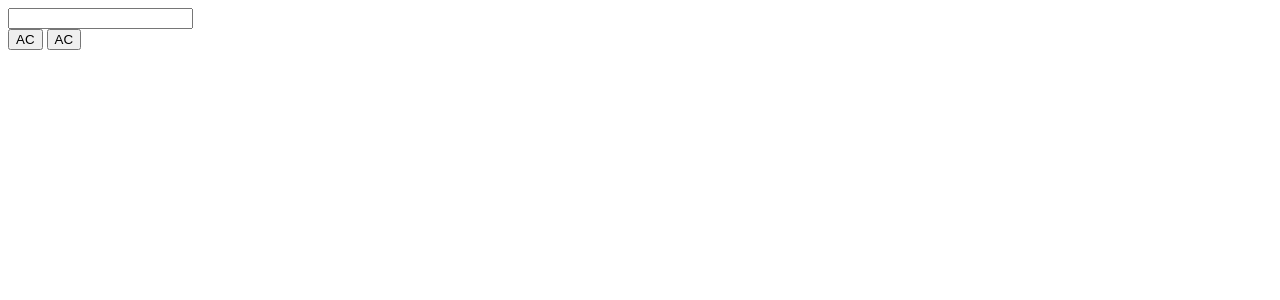
Repository: jerrys-arch/web-calculator
Page: indwx.html
The author's editor kept a copy of each file at every save. The page is drawn from the files as they stood at one save, then again after a run of saves.
The browser window is 1280 px wide. The pictures show the whole page.

Above is the page before, as saved 2024-11-30 04:48:24.

### indwx.html
<!DOCTYPE html>
<html lang="en">
<head>
    <meta charset="UTF-8">
    <meta name="viewport" content="width=device-width, initial-scale=1.0">
    <title>calculator</title>
</head>
<body>
    <div class="container">
        <div class="calculator">
            <div class="display">
                <input id="display" type="text">
            </div>
            <div>
                <input type="button" value="AC">
                <input type="button" value="AC">
            </div>
        </div>
    </div>
</body>
</html>

After the next 3 saves:
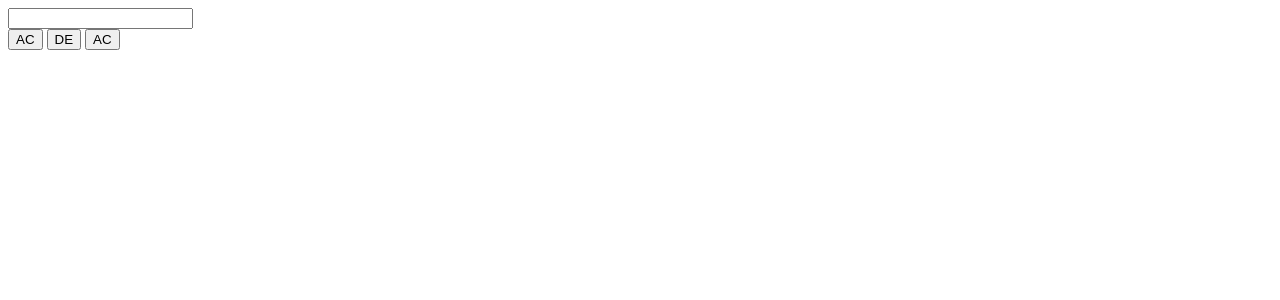
The 3 saves are shown as one change because they came seconds apart.
The last was saved 8 s later.
--- a/indwx.html
+++ b/indwx.html
@@ -13,6 +13,7 @@
             </div>
             <div>
                 <input type="button" value="AC">
+                <input type="button" value="DE">
                 <input type="button" value="AC">
             </div>
         </div>
